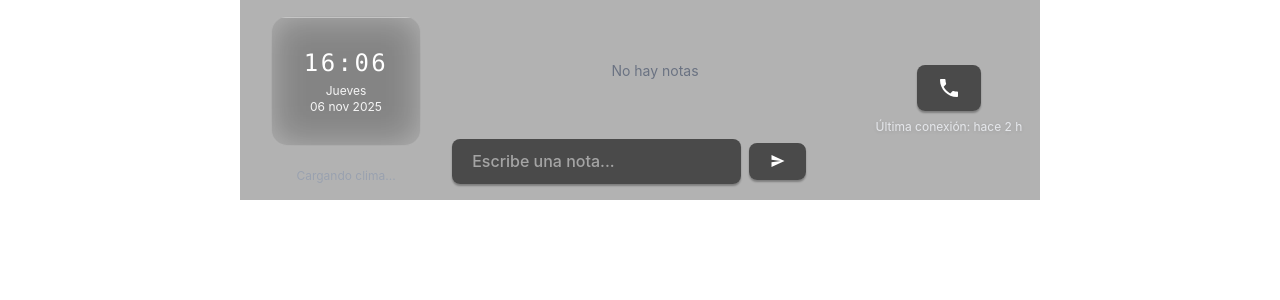
Repository: CodeByEvans/my-romantic-widget
Page: /
The author's editor kept a copy of each file at every save. The page is drawn from the files as they stood at one save, then again after the next save.
The browser window is 1280 px wide. The pictures show the whole page.
The page's requests for data from a server got no answer. The project was rebuilt for these pictures with package versions that can differ from the ones it lists, and the page was loaded fresh each time. No one was signed in, and anything a server would have sent is missing. Also part of the build but not shown: vite.config.ts.

Above is the page before, as saved 2025-11-07 13:05:59.

After the next save:
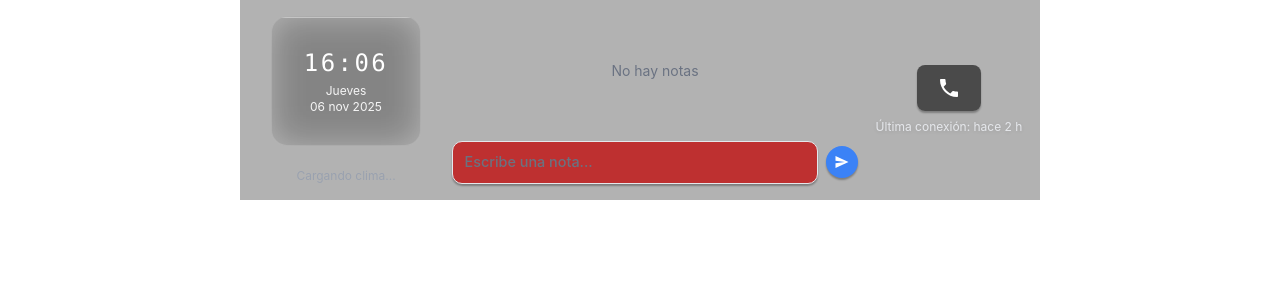
Saved 41 s later.
--- a/src/components/NoteInput.tsx
+++ b/src/components/NoteInput.tsx
@@ -3,8 +3,12 @@
 export const NoteInput = () => {
   return (
     <form className="flex items-center gap-2 mt-2" data-theme="glass">
-      <input type="text" placeholder="Escribe una nota..." className="" />
-      <button type="submit" className="">
+      <input
+        type="text"
+        placeholder="Escribe una nota..."
+        className="theme-input"
+      />
+      <button type="submit" className="theme-button">
         <IoMdSend size={16} />
       </button>
     </form>

After the save that followed:
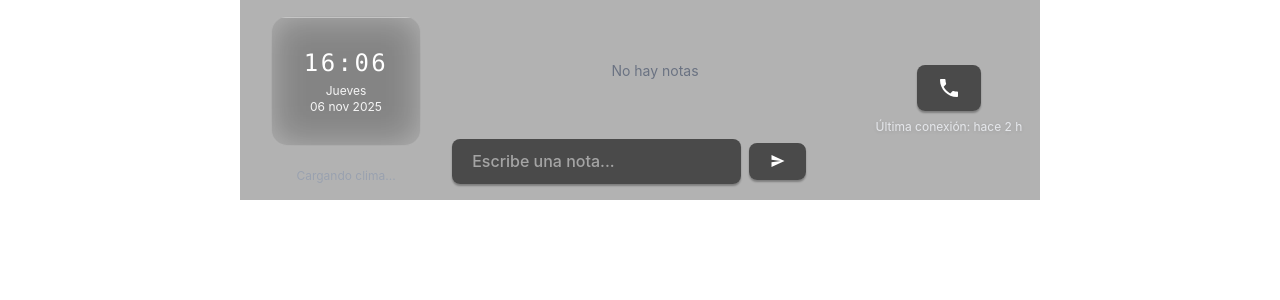
Saved 26 s later.
--- a/src/components/NoteInput.tsx
+++ b/src/components/NoteInput.tsx
@@ -3,12 +3,8 @@
 export const NoteInput = () => {
   return (
     <form className="flex items-center gap-2 mt-2" data-theme="glass">
-      <input
-        type="text"
-        placeholder="Escribe una nota..."
-        className="theme-input"
-      />
-      <button type="submit" className="theme-button">
+      <input type="text" placeholder="Escribe una nota..." />
+      <button type="submit">
         <IoMdSend size={16} />
       </button>
     </form>
